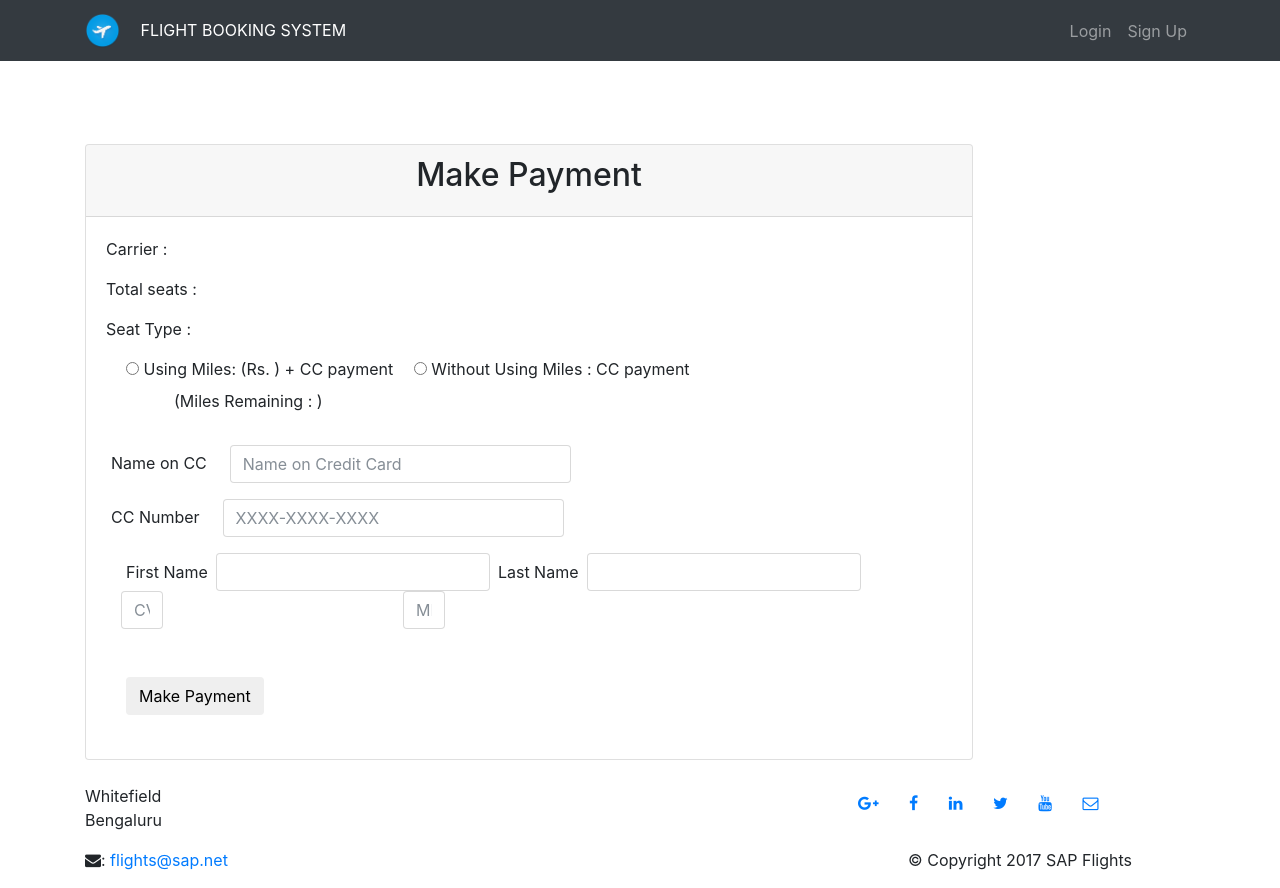
Repository: yashtatia/Spring-Practice
Page: http://localhost/FitnessTracker/WEB-INF/jsp/makePayment.jsp
An editor plug-in stored every save of this project. The page is shown before and after a run of saves, followed by the edit.
The browser window is 1280 px wide. The pictures show the whole page.
Some web libraries are served in a nearby version. The page is served by Tomcat 9. Nobody is signed in. The template is opened directly, without the code that normally fills it, so the values that code supplies are empty.

Above is the page before, as saved 2017-09-06 08:51:22.
Console error: SyntaxError: Unexpected token ';'

After the next 2 saves:
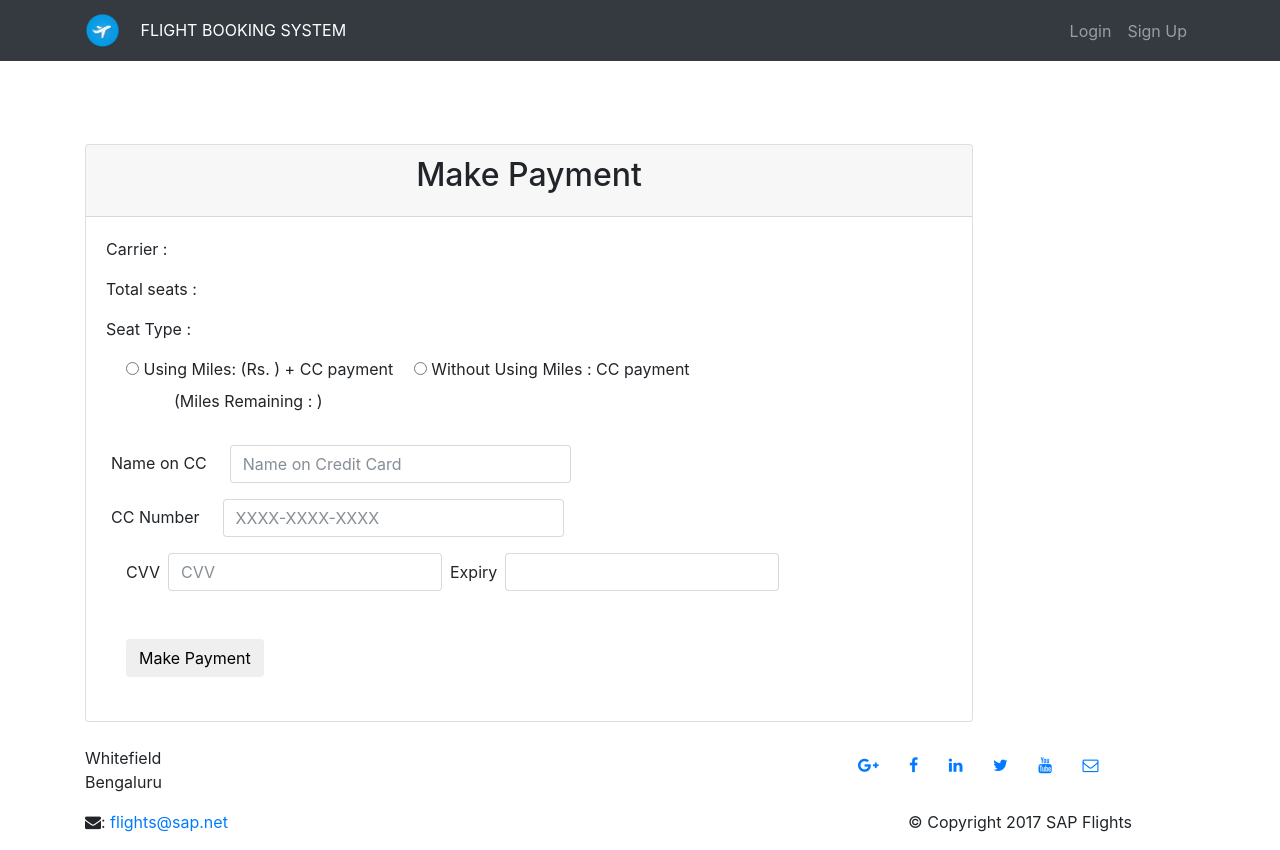
The 2 saves are shown as one change because 1 did not build or start.
The last was saved 4 min 47 s later.
--- a/FitnessTracker/src/main/webapp/WEB-INF/jsp/makePayment.jsp
+++ b/FitnessTracker/src/main/webapp/WEB-INF/jsp/makePayment.jsp
@@ -52,24 +52,12 @@
 							    </div>
 							</div>
 							<div class="form-inline">
-								<label class="mr-sm-2 mb-0" for="first_name">First Name</label>
-<input type="text" class="form-control mr-sm-2 mb-2 mb-sm-0" id="first_name" name="first_name">
-<label class="mr-sm-2 mb-0" for="last_name">Last Name</label>
-<input type="text" class="form-control mr-sm-2 mb-2 mb-sm-0" id="last_name" name="last_name">
+								<label class="mr-sm-2 mb-0" for="cc_cvv`">CVV</label>
+									<form:input path="cc_cvv" type="password" name="cc_cvv" id="cc_cvv" placeholder="CVV"  class="form-control mr-sm-2 mb-2 mb-sm-0" />
+								<label class="mr-sm-2 mb-0" for="cc_expiry">Expiry</label>
+									<form:input path="cc_expiry"  type="text" class="form-control mr-sm-2 mb-2 mb-sm-0" id="cc_expiry" name="cc_expiry" />
 							</div>
-							<div class="form-row">
-									<div class="form-inline">
-										<div class="form-group">
 
-											<form:input path="cc_cvv" type="password" name="cc_cvv" id="cc_cvv" placeholder="CVV" class="form-control mr-sm-2 mb-2 mb-sm-0"  style="max-width: 15%" />
-										</div>
-										<div class="form-group">
-
-											<form:input path="cc_expiry"  type="text" class="form-control mr-sm-2 mb-2 mb-sm-0" name="cc_expiry" id="cc_expiry" style="max-width: 15%" placeholder="MM/YY"/>
-										</div>
-
-									</div>
-							</div>
 							<br />
 							<br />
 
